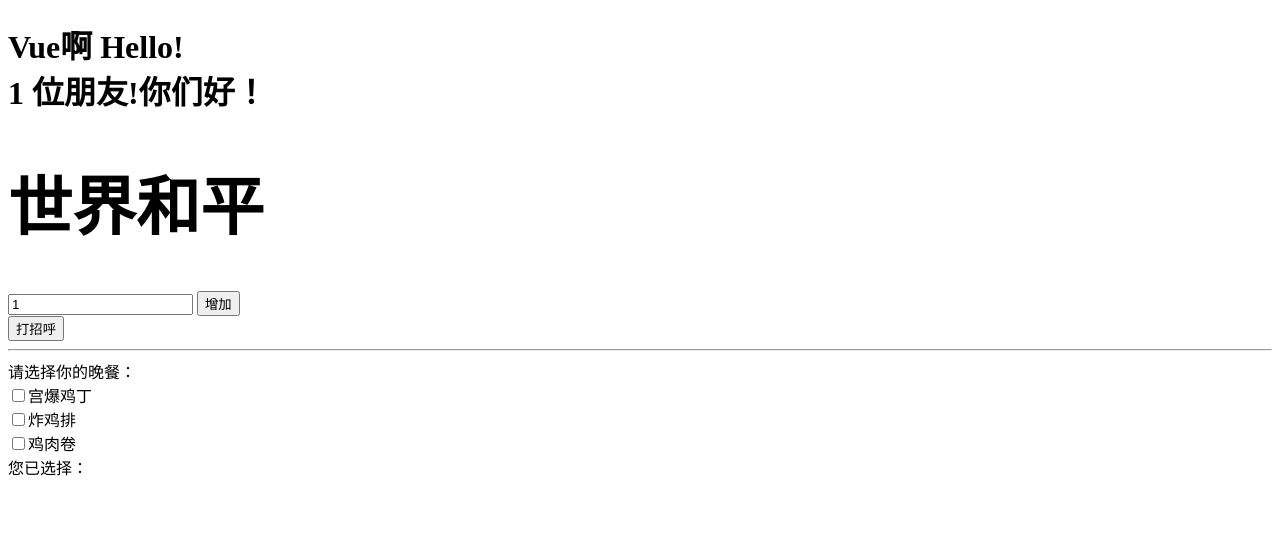
Repository: SOROoi/Web_front-end
Page: Web01_Vue/src/main/webapp/index.html
An editor plug-in stored every save of this project. The page is shown before and after the next save, followed by the edit.
The browser window is 1280 px wide. The pictures show the whole page.

Above is the page before, as saved 2020-07-11 09:56:19.

### Web01_Vue/src/main/webapp/index.html
<!DOCTYPE html>
<html>
<head>
<meta charset="UTF-8">
<title>Insert title here</title>
<script src="js/vue.js"></script>

</head>
<body>
	<div id="app">
		<!-- {{}} -->
		<!-- v-text -->
		<!-- v-html -->
		<!-- v-on -->
		<h1>
			<span v-text="name"></span> Hello! <br> {{num}} 位朋友!{{message}} <br> <span v-html="word"></span>
		</h1>
		<input type="text" v-model="num" @click="num++">
		<button @click="num++">增加</button>
		<br>
		<button @click="sayhi('大家都好！')">打招呼</button>

		<!-- v-model -->
		<hr>
		请选择你的晚餐： <br>
		<input type="checkbox" v-model="dinner" value="宫爆鸡丁">宫爆鸡丁<br>
		<input type="checkbox" v-model="dinner" value="炸鸡排">炸鸡排<br>
		<input type="checkbox" v-model="dinner" value="鸡肉卷">鸡肉卷<br>
		您已选择：<span v-text="dinner.join(',')"></span>	<!-- 用,拼接数组 -->

		<!-- v-on阻止事件冒泡 -->
		<div style="width:100px;height:100px;background-color: #cornsilk" @click="click('div')">

		</div>
	</div>
</body>

<script>
	new Vue({
		el : "#app",
		data : {
			name : "Vue啊",
			num : 1,
			message : "你们好！",
			word : "<h1>世界和平</h1>",
			dinner : []

		},
		methods : {
			sayhi : function(msg) {
				this.message = msg;
			},
			click : function(msg){
				console.log(msg);
			}
		},
		created : function() {
			console.log("Vue实例创建了");
		},
	});
</script>
</html>

Loaded but not shown: Web01_Vue/src/main/webapp/js/vue.js (library)

After the next save:
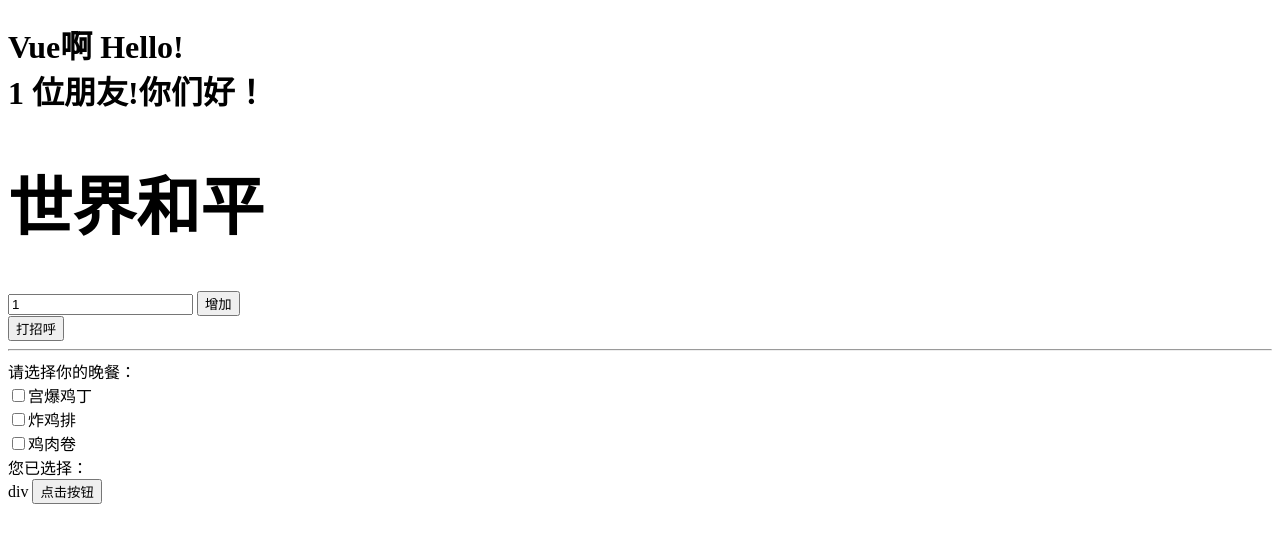
Saved 38 s later.
--- a/Web01_Vue/src/main/webapp/index.html
+++ b/Web01_Vue/src/main/webapp/index.html
@@ -30,7 +30,8 @@
 
 		<!-- v-on阻止事件冒泡 -->
 		<div style="width:100px;height:100px;background-color: #cornsilk" @click="click('div')">
-
+			div
+			<button>点击按钮</button>
 		</div>
 	</div>
 </body>
